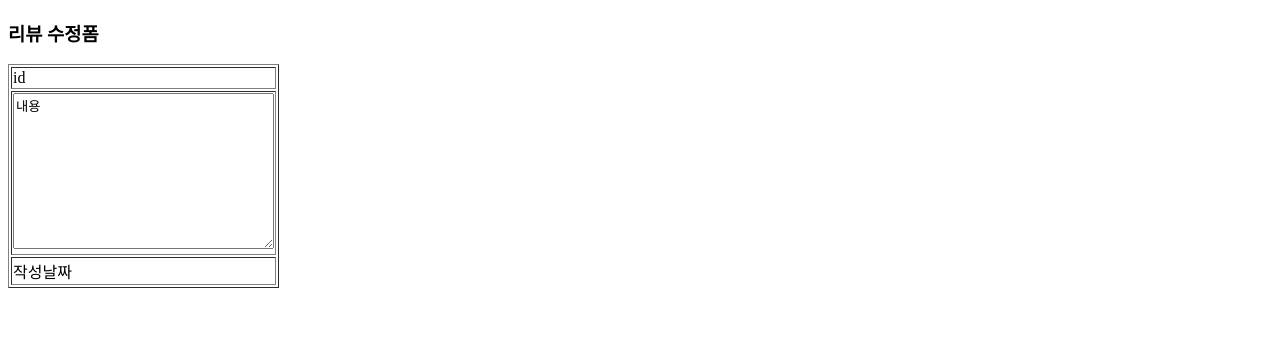
Repository: homerking-092/project
Page: http://localhost/MovieProject/review/review_update_form.jsp
These files come from the project's save history. The page is drawn as it stood at one moment and after the next save; the edit follows.
The browser window is 1280 px wide. The pictures show the whole page.
The page is served by Tomcat 9. Other server files are loaded and not shown.

Above is the page before, as saved 2021-08-15 09:42:16.

### MovieProject/WebContent/review/review_update_form.jsp
<%@ page language="java" contentType="text/html; charset=EUC-KR"
    pageEncoding="EUC-KR"%>
<!DOCTYPE html>
<html>
<head>
<meta charset="EUC-KR">
<title>Insert title here</title>
</head>
<body>
	<h3>리뷰 수정폼</h3>

	<table border="1">
		<tr>

			<td>id</td>

		</tr>
		<tr>
			<td><textarea rows="10" cols="30">내용</textarea></td>

		</tr>
		<tr>
			<td>작성날짜</td>

		</tr>

	</table>
</body>
</html>

After the next save:
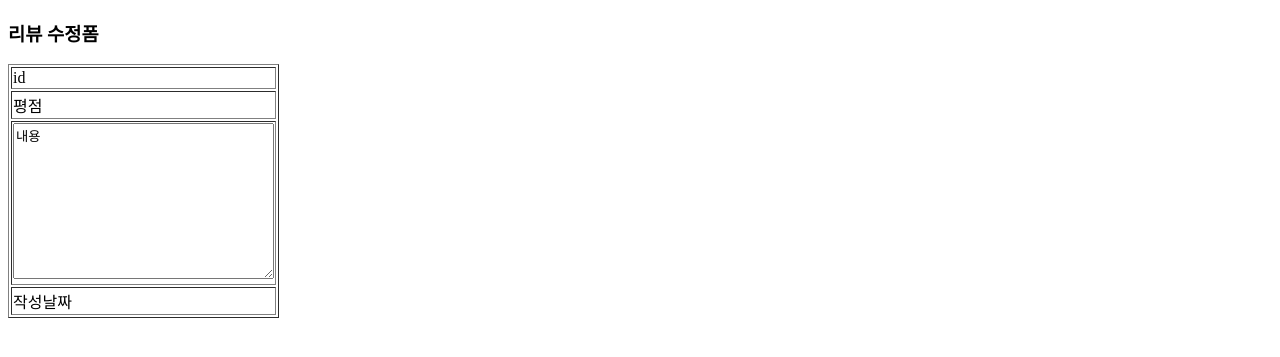
Saved 99 s later.
--- a/MovieProject/WebContent/review/review_update_form.jsp
+++ b/MovieProject/WebContent/review/review_update_form.jsp
@@ -11,9 +11,10 @@
 
 	<table border="1">
 		<tr>
-
 			<td>id</td>
-
+		</tr>
+		<tr>
+			<td>평점</td>
 		</tr>
 		<tr>
 			<td><textarea rows="10" cols="30">내용</textarea></td>
